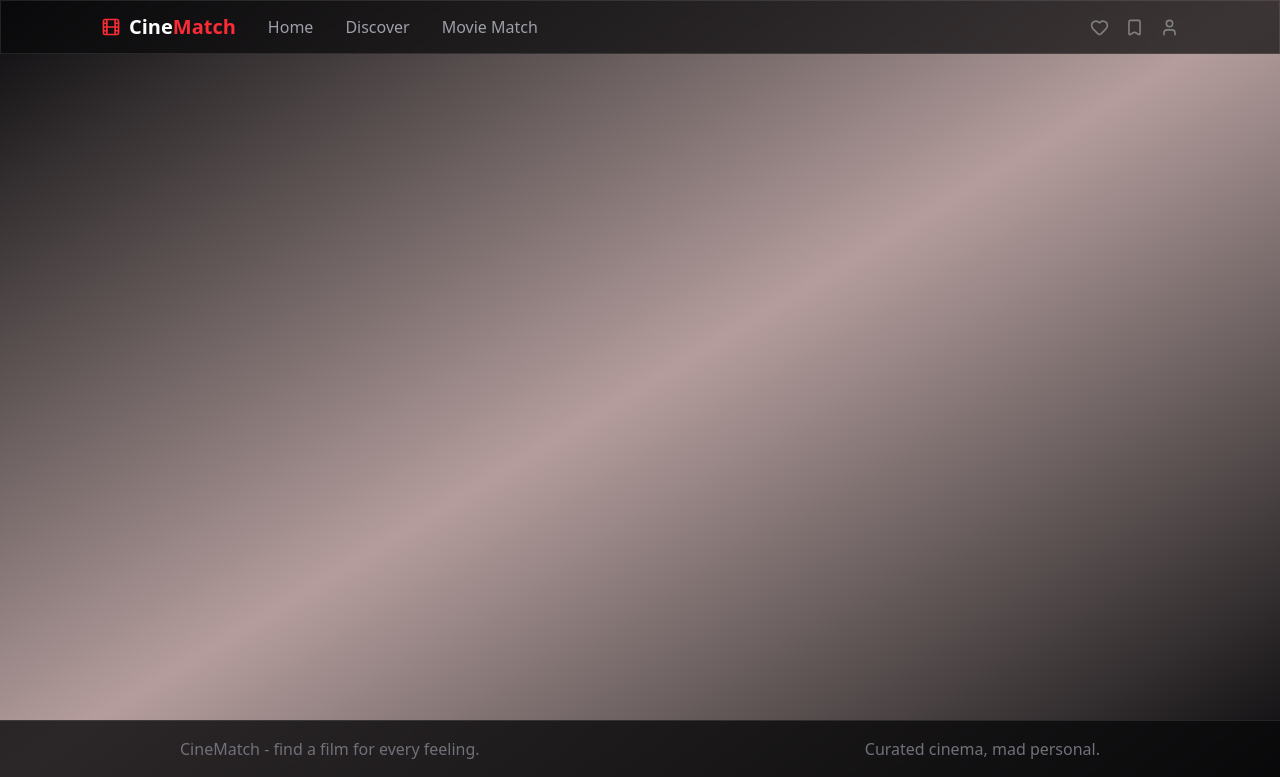
Repository: Mahak182005/CineMatch
Page: /profile
The author's editor kept a copy of each file at every save. The page is drawn from the files as they stood at one save, then again after the next save.
The browser window is 1280 px wide. The pictures show the whole page.
The project was rebuilt for these pictures with package versions that can differ from the ones it lists, and the page was loaded fresh each time. Also part of the build but not shown: vite.config.js, src/Components/Mood.jsx, src/Data/MoodData.js, src/Data/api.js, src/Components/MovieCart.jsx, src/Logic/search.js, src/pages/Home.jsx, src/Components/MovieMatchOpt.jsx and 4 more.

Above is the page before, as saved 2026-10-12 15:02:39.

After the next save:
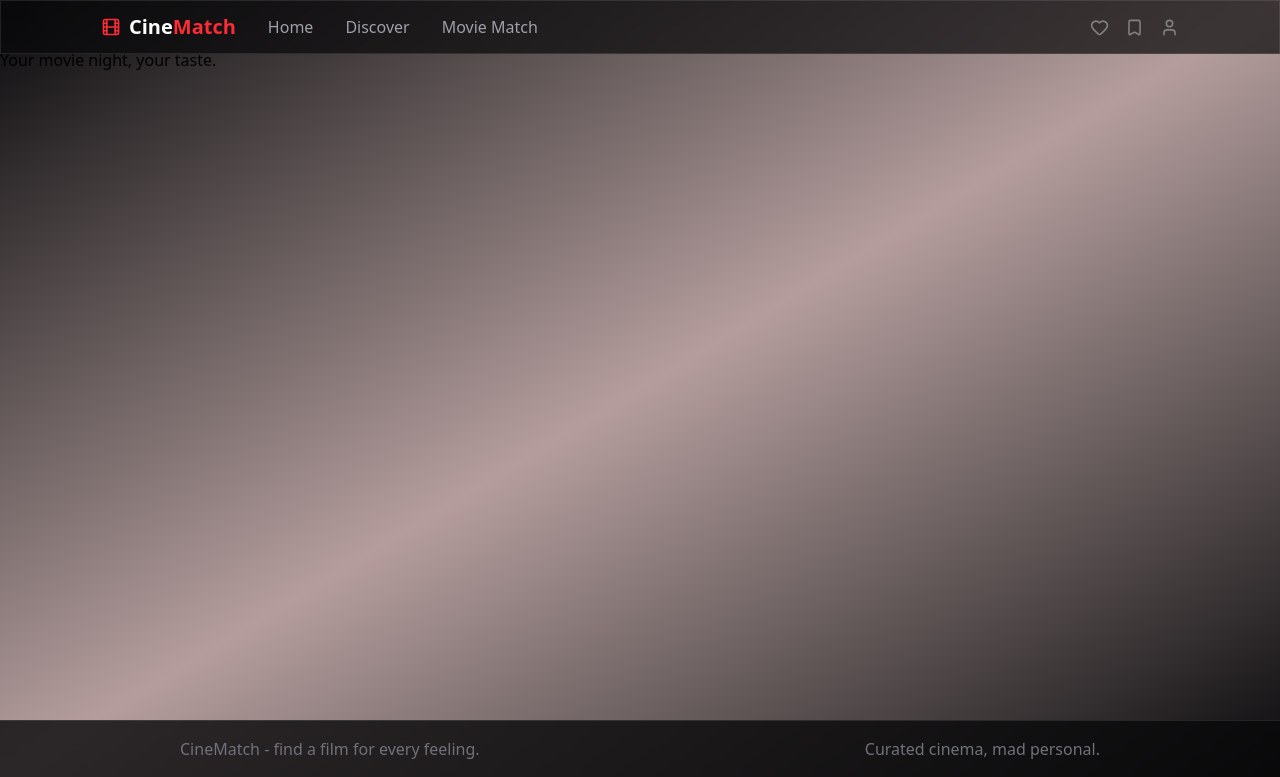
Saved 90 s later.
--- a/src/pages/Profile.jsx
+++ b/src/pages/Profile.jsx
@@ -2,7 +2,15 @@
     return(
         <>
             <div className="h-screen">
-
+                <div>
+                    <div>
+                        img
+                    </div>
+                    <div>
+                        <p>name</p>
+                        <p>Your movie night, your taste.</p>
+                    </div>
+                </div>
             </div>
         </>
     )
